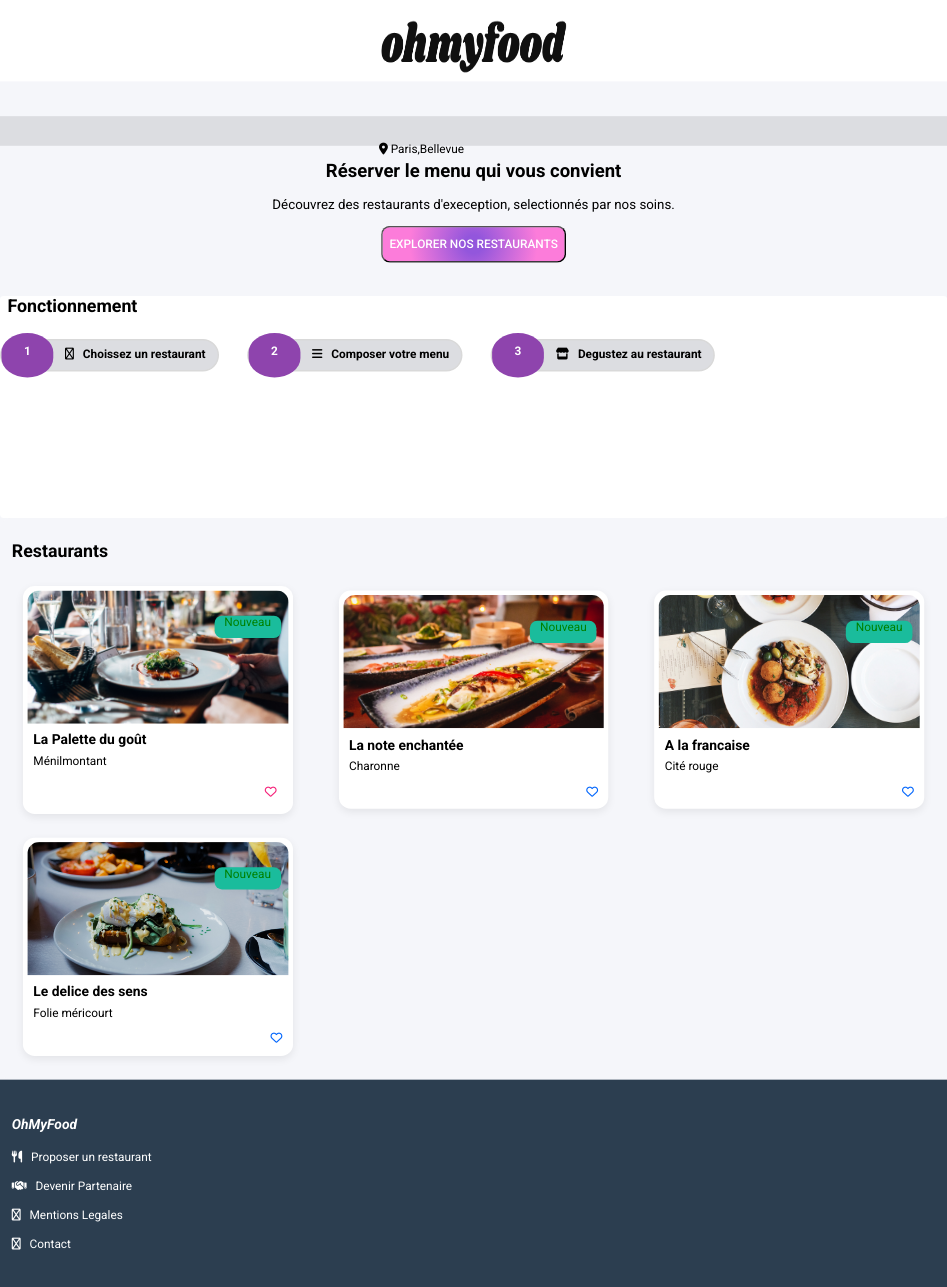
Repository: ultraasedev/ohmyfood
Page: index.html
These files come from the project's save history. The page is drawn as it stood at one moment and after the next save; the edit follows.
The browser window is 1280 px wide. The pictures show the whole page, at 74% of full size.
Some web fonts or font styles are not loaded; a fallback is used. Some web libraries are served in a nearby version.

Above is the page before, as saved 2022-10-27 18:56:50.

### index.html
<!doctype html>
<html lang="fr">
    <head>
        <meta charset="UTF-8">
        <meta name="viewport" content="width=device-width,minimum-scale=1,initial-scale=1,maximum-scale=2">

      <title>Ohmyfood!  - Home</title>
       <meta name="description" content="Ohmyfood! est une entreprise de commande de repas en ligne. Notre concept permet aux
       utilisateurs de composer leur propre menu et réduire leur temps d’attente dans les
       restaurants car leur menu est préparé à l’avance. Plus de perte de temps à consulter la carte"/>
       <meta property="og:site_name" content="Ohmyfood!  - est une entreprise de commande de repas en ligne. Notre concept permet aux
       utilisateurs de composer leur propre menu et réduire leur temps d’attente dans les
       restaurants car leur menu est préparé à l’avance. Plus de perte de temps à consulter la carte" />
       <meta property="og:description" content="est une entreprise de commande de repas en ligne. Notre concept permet aux
       utilisateurs de composer leur propre menu et réduire leur temps d’attente dans les
       restaurants car leur menu est préparé à l’avance. Plus de perte de temps à consulter la carte" />




       <link type="text/css" rel="stylesheet" href="css/normalize.css"/>
       <link type="text/css" rel="stylesheet" href="css/all.min.css"/>
       <link type="text/css" rel="stylesheet" href="css/fontawesome.min.css"/>
       <link rel="preconnect" href="https://fonts.googleapis.com">
        <link rel="preconnect" href="https://fonts.gstatic.com" crossorigin>
       <link href="https://fonts.googleapis.com/css2?family=Roboto:ital,wght@0,100;0,300;0,400;0,500;0,700;0,900;1,100;1,300;1,400;1,500;1,700;1,900&family=Shrikhand&display=swap" rel="stylesheet">
       <script   src="https://kit.fontawesome.com/f132f25ed3.js" crossorigin="anonymous"></script>

       <link type="text/css" rel="stylesheet" href="css/style.css" />



       </head>

       <body>
<!--Nav + Logo-->
   <div class="nav">
    <div class="logo">
      <img src="images/logo/ohmyfood.png" alt="Ohmyfood !" class="logo"/>
    </div>
   </div>


<!--Header-->
<header>
  <!--Location-->
 <div class="location">
  <div class="villeloca"><p><i class="fa-sharp fa-solid fa-location-dot"></i> Paris,Bellevue</p></div>
</div>

  <div class="head-cont">
    <h2>Réserver le menu qui vous convient</h2>
    <p>Découvrez des restaurants d'exeception, selectionnés par nos soins.</p>

    <button class="btn-nav">
      Explorer nos restaurants
    </button>
  </div>
</header>

<!--Fonctionnement-->
<section class="cont-fonc">
  <h2>Fonctionnement</h2>

  <div class="ctn-filtres">

    <div class="filtres">
      <div class="circle-inf"><p>1</p></div>
      <p><i class="fa-regular fa-phone"></i>&nbsp;&nbsp;&nbsp;Choissez un restaurant</p>
    </div>

    <div class="filtres">
      <div class="circle-inf"><p>2</p></div>
      <p><i class="fa-solid fa-bars"></i>&nbsp;&nbsp;&nbsp;Composer votre menu</p>
    </div>

    <div class="filtres">
      <div class="circle-inf"><p>3</p></div>
      <p><i class="fa-solid fa-store"></i>&nbsp;&nbsp;&nbsp;Degustez au restaurant</p>
    </div>


  </div>

</section>
<!--Fonctionnement-->

<!--Restau 1-->
<section class="cont-art">
  <h2>Restaurants</h2>

  <!-- Card 1 -->
              <article class="resto-card">
                <a href="#">
                  <img
                    src="./images/restaurants/jay-wennington-N_Y88TWmGwA-unsplash.jpg"
                    alt="Photo de l'hébergement"
                  />
                  <div class="new">Nouveau</div>
                  <h3>La Palette du goût</h3>
                  <p>Ménilmontant</p>
                  <div class="stars">
                    <i class="fa-regular fa-heart active"></i>
                  </div>
                </a>
              </article>


               <!-- Card 2 -->
               <article class="resto-card">
                <a href="#">
                  <img
                    src="./images/restaurants/louis-hansel-shotsoflouis-qNBGVyOCY8Q-unsplash.jpg"
                    alt="Photo de l'hébergement"
                  />
                  <div class="new">Nouveau</div>
                  <h3>La note enchantée</h3>
                  <p>Charonne</p>
                  <div class="stars">
                    <i class="fa-regular fa-heart"></i>

                  </div>
                </a>
              </article>

               <!-- Card 3 -->
               <article class="resto-card">
                <a href="#">
                  <img
                    src="./images/restaurants/stil-u2Lp8tXIcjw-unsplash.jpg"
                    alt="Photo de l'hébergement"
                  />
                  <div class="new">Nouveau</div>
                  <h3>A la francaise</h3>
                  <p>Cité rouge</p>
                  <div class="stars">
                    <i class="fa-regular fa-heart"></i>
                  </div>
                </a>
              </article>

               <!-- Card 4 -->
               <article class="resto-card">
                <a href="#">
                  <img
                    src="./images/restaurants/toa-heftiba-DQKerTsQwi0-unsplash.jpg"
                    alt="Photo de l'hébergement"
                  />
                  <div class="new">Nouveau</div>
                  <h3>Le delice des sens</h3>
                  <p>Folie méricourt</p>
                  <div class="stars">
                    <i class="fa-regular fa-heart"></i>
                  </div>
                </a>
              </article>




</section>

<!--FOOTER-->
<footer>
  <div class="container-footer">
    <div class="card-footer">
      <h3 style="font-family: 'Roboto';font-weight: 700;font-style: italic;">OhMyFood</h3>
      <!--<img src="images/logo/ohmyfood.png" alt="Ohmyfood !" height="20px" width="80px" style="margin-bottom: 10px;"/>-->
      <a href="#"><i class="fa-solid fa-utensils"></i>&nbsp;&nbsp;&nbsp;Proposer un restaurant</a>
      <a href="#"><i class="fa-solid fa-handshake"></i>&nbsp;&nbsp;&nbsp;Devenir Partenaire</a>
      <a href="#"><i class="fa-regular fa-circle-info"></i>&nbsp;&nbsp;&nbsp;Mentions Legales</a>
      <a href="#"><i class="fa-regular fa-phone"></i>&nbsp;&nbsp;&nbsp;Contact</a>

    </div>

</footer>

### css/style.css
*{
    box-sizing: border-box;
    font-family: var(--fontall);
    max-width: 1380px;

}
:root{

  /*Font*/
  --fontall: 'Roboto', sans-serif;
  --fontlg: 'Shrikhand' , cursive;

  /*color*/
  --primary: #9356DC;
  --secon: #FF79DA;
  --tert: #99E2D0;

  --greybg: #f5f6fa;

}


body{
    background-color:  var(--greybg);
    font-family: var(--fontall);
}

/* Nav*/
.nav{
  display: flex;
  height: 130px;
  width: 100%;
  background-color: #fff;
  align-items: center;
  align-content: center;
  text-align: center;
  margin-bottom: 10px;
}
/*Logo*/
.logo{
  position: relative;
  align-items: center;
  align-content: center;
  text-align: center;
  margin-right: auto;
  margin-left: auto;
}
.logo img{
  height: 70px;
  width: 250px;
}
/*Header*/
header{
  position: absolute;
  height: 300px;
  width: 100%;
  background-color: #f5f6fa;
  align-items: center;
  align-content: center;
  text-align: center;
  margin-top: -30px;
}
/*Location*/
.location{
  position: flex;
  background-color: #dcdde1;
  height: 40px;
  margin-top: -8px;
  align-items: center;
  align-content: center;
  text-align: center;
}
.location .villeloca{
  position: absolute;
  align-items: center;
  align-content: center;
  text-align: center;
  left: 40%;
}

/*Head-Cont*/

.head-cont h2{
  font-size: 25px;
  font-weight: bold;

}
.head-cont p{
  font-size: 18px;
  font-weight: 400;

}
/*Btn-nav*/
.btn-nav{
  align-items: center;
  align-content: center;
  text-transform: uppercase;
  transition: 0.5s;
  background: rgb(147,86,220);
  background: radial-gradient(circle, rgba(147,86,220,1) 10%, rgba(252,124,218,1) 69%);
  z-index: -1;
  transition: transform 400ms ease-in;
  color: #fff;
  width: 250px;
  height: 50px;
  overflow: hidden;
  text-decoration: none;
  border-radius: 12px;
 font-weight: 500;

}
/*Fonctionnement*/
.cont-fonc{
  position: relative;
  background-color: #fff;
  height: 300px;
  margin-top: 270px;
  border-radius: 5px;
}

.cont-fonc h2 {
 margin-left: 10px;
 margin-top: 20px;
 margin-bottom: 30px;
}
.cont-fonc .ctn-filtres {
  display: flex;
  align-items: center;
  gap: 38px;
  flex-wrap: wrap;
  margin-bottom: 35px;
}
.cont-fonc .circle-inf{
  background-color: #8e44ad;
  width: 70px;
  height: 60px;
  border-radius: 80px / 60px;
  text-align: center;
  color: #fff;
  font-weight: bold;
}
.cont-fonc .circle-inf p{
  text-align: center;
  justify-items: center;
  justify-content: center;
}
.cont-fonc .ctn-filtres .filtres{
  display: flex;
  align-items: center;
  gap: 16px;
  border: 2px solid #d9d9d9;
  border-radius: 32px;
  padding: 0 16px 0 0;
  height: 44px;
  transition: 0.2s;
  cursor: pointer;
  font-weight: bold;
  background-color: #dcdde1;
}
/* Content Article */
.cont-art{
  background-color: #f5f6fa;
  padding: 32px 16px;
  border-radius: 16px;
  display: grid;
  grid-template-columns: repeat(3, 1fr);
  gap: 32px;
  left: 10px;
}
.cont-art h2 {
  grid-column: 1/-1;
  margin: 0;
}
.cont-art .resto-card{
  background: white;
  padding: 6px;
  border-radius: 16px;
  margin: auto;
  box-shadow: rgba(0, 0, 0, 0.08) 0px 4px 12px;
  transition: 0.2s;
  width: calc(100% - 30px);
}
.cont-art .resto-card .new{
  position: relative;
  background-color: #1abc9c;
  color: green;
  height: 30px;
  width: 90px;
  text-align: center;
  justify-content: center;
  align-items: center;
  border-radius: 10px;
  float: right;
  top: -150px;
  margin-right: 10px;
  font-weight: 400;
}
.cont-art .resto-card img {
  height: 180px;
  object-fit: cover;
  width: 100%;
  border-top-right-radius: 16px;
  border-top-left-radius:16px;
}
.cont-art .resto-card a {
  text-decoration: none;
  color: inherit;
}

.cont-art .resto-card h3 {
  margin: 8px 8px 8px;
}

.cont-art .resto-card p {
  margin: 8px 8px 8px;
}

.cont-art .resto-card .stars {
  margin: 8px 8px 8px;
  color: #0065fc;
  float: right;
}
.cont-art .resto-card .stars .active{
  margin: 8px 8px 8px;
  color: #f52179;
}

/*FOOTER*/
footer {
  background-color: #2c3e50;
  padding: 32px 16px;
  color: #fff;
}
.container-footer {
  display: flex;
  max-width: 1330px;
  margin: auto;
  font-family: "Raleway", sans-serif;
  gap: 16px;
}
.card-footer {
  display: flex;
  flex-direction: column;
  min-width: 30%;
}

.card-footer a {
  margin-top: 5px;
  margin-bottom: 16px;
  text-decoration: none;
  color: inherit;
}

.card-footer a:hover {
  text-decoration: underline !important;
}

Loaded but not shown: css/normalize.css (library); css/all.min.css (library); css/fontawesome.min.css (library)

After the next save:
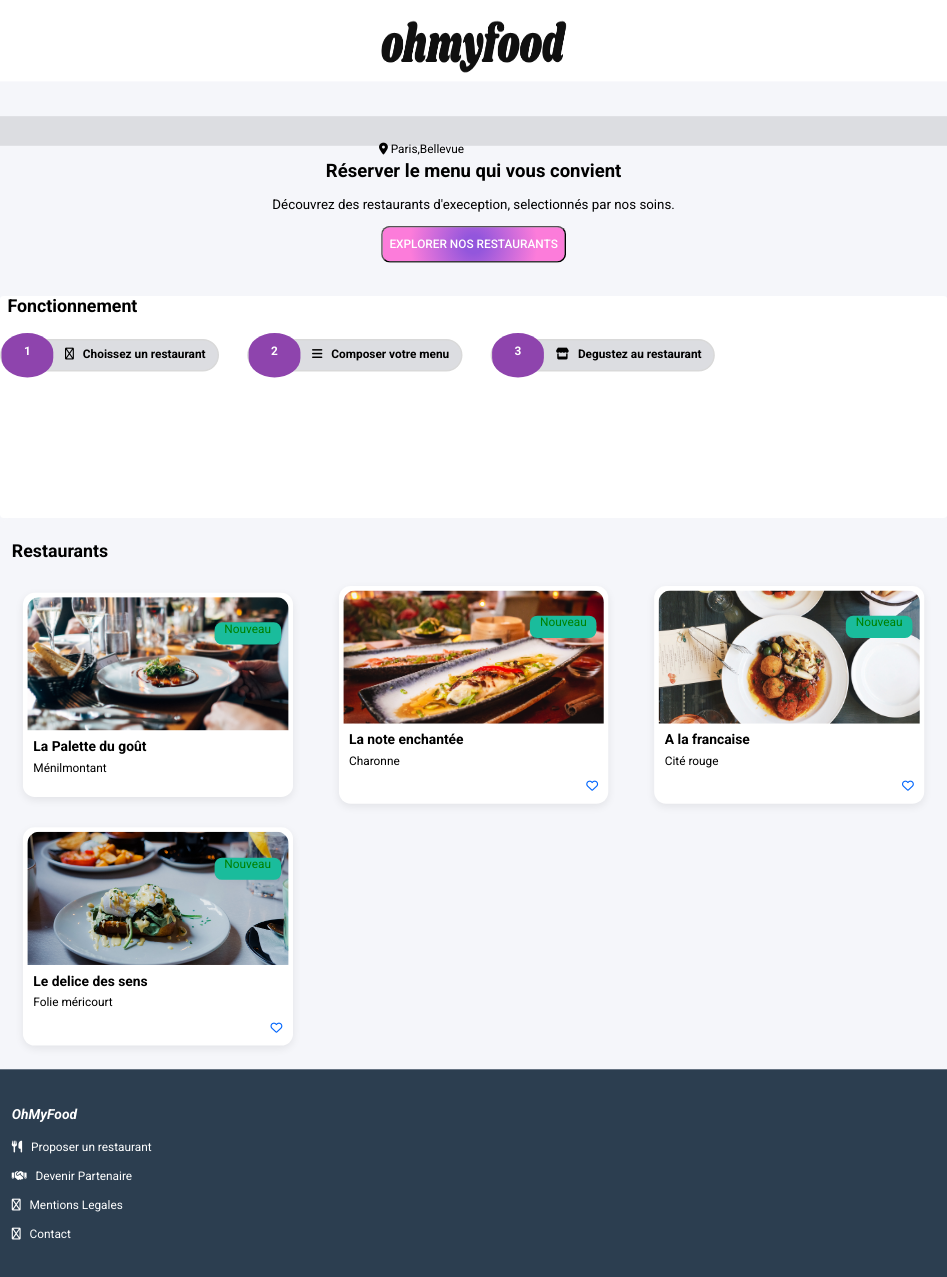
Saved 2 h 10 min later.
--- a/css/style.css
+++ b/css/style.css
@@ -223,6 +223,10 @@ header{
 .cont-art .resto-card .stars .active{
   margin: 8px 8px 8px;
   color: #f52179;
+  display: none;
+}
+.cont-art .resto-card .stars .active:hover{
+
 }
 
 /*FOOTER*/
